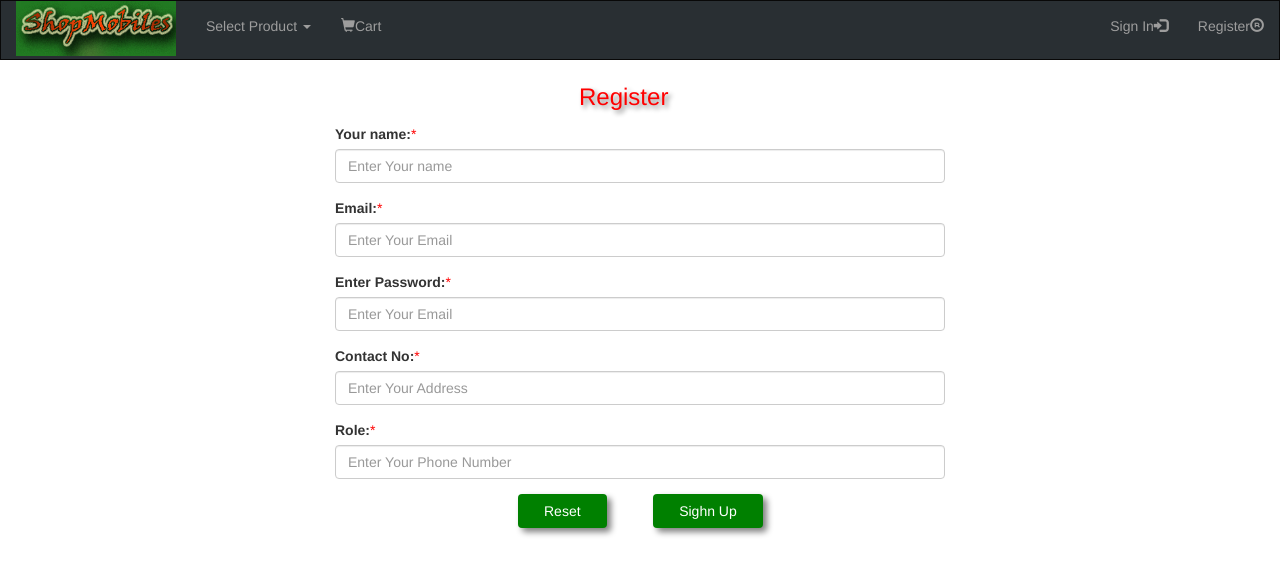
Repository: KoustabhBiswas/Final-Ecommerce-Project
Page: http://localhost/ecommerce1/WEB-INF/views/register.jsp
The author's editor kept a copy of each file at every save. The page is drawn from the files as they stood at one save, then again after the next save.
The browser window is 1280 px wide. The pictures show the whole page.
Some web libraries are served in a nearby version. The page is served by Tomcat 9. Nobody is signed in. Other server files are loaded and not shown. The template is opened directly, without the code that normally fills it, so the values that code supplies are empty.

Above is the page before, as saved 2017-09-23 13:38:31.

### Final Ecommerce Project/Ecommerce_Project-master/project/ecommerce1/src/main/webapp/WEB-INF/views/register.jsp
<%@ page language="java" contentType="text/html; charset=ISO-8859-1"
    pageEncoding="ISO-8859-1"%>
    <%@ taglib uri="http://www.springframework.org/tags/form" prefix="form" %>
<!DOCTYPE html PUBLIC "-//W3C//DTD HTML 4.01 Transitional//EN" "http://www.w3.org/TR/html4/loose.dtd">
<html>
<head>
<meta http-equiv="Content-Type" content="text/html; charset=ISO-8859-1">
<title>Insert title here</title>
<link rel="stylesheet"
	href="https://cdnjs.cloudflare.com/ajax/libs/font-awesome/4.7.0/css/font-awesome.min.css">

<link rel="stylesheet"
	href="https://maxcdn.bootstrapcdn.com/bootstrap/3.3.7/css/bootstrap.min.css">
<script
	src="https://ajax.googleapis.com/ajax/libs/jquery/3.2.1/jquery.min.js"></script>
<script
	src="https://maxcdn.bootstrapcdn.com/bootstrap/3.3.7/js/bootstrap.min.js"></script>
<style>
.btn{
	box-shadow:4px 4px 6px grey;
	margin-right: 10%;
	padding-right: 25px;
	padding-left: 25px;
	background-color: green;
	color: white;
}
.btn:hover{
	box-shadow:2px 2px 4px grey;
	background-color: blue;
}
</style>
</head>
<body>
<div class="container-fluid">
	<%@ include file="shared/navbar.jsp" %>
	<div class="row" >

  		<div class="col-md-6" style="margin-left: 25%; ">
  				<div><p style="color: red; margin-left: 40%; font-size: 24px; text-shadow: 3px 3px 5px grey; ">Register</p></div>

  			<form:form action="userSubmit" modelAttribute="registration" method="post" class="form-group">
  				<div class="form-group">
  				<form:input type="hidden" path="userId" />
  					<form:label path="userName">Your name:</form:label><span style="color: red">*</span>
  					<form:input type="text" name="uname" path="userName" class="form-control" placeholder="Enter Your name" />
  				</div>

  				<div class="form-group">
  					<form:label path="emailId">Email:</form:label><span style="color: red">*</span>
  					<form:input type="text" path="emailId" class="form-control" placeholder="Enter Your Email" />
  				</div>
				<div class="form-group">
  					<form:label path="password">Enter Password:</form:label><span style="color: red">*</span>
  					<form:input type="password" path="password" class="form-control" placeholder="Enter Your Email" />
  				</div>

  				<div class="form-group">
  					<form:label path="contactNo">Contact No:</form:label><span style="color: red">*</span>
  					<form:input type="text" path="contactNo" class="form-control" placeholder="Enter Your Address" />
  				</div>

  				<div class="form-group">
  					<form:label path="role">Role:</form:label><span style="color: red">*</span>
  					<form:input type="text" path="role" class="form-control" placeholder="Enter Your Phone Number" />
  				</div>



  				<div style="margin-left: 30% ">
  					<input type="reset" value="Reset" class="btn" style="">

  					<input type="submit" value="Sighn Up" class="btn" style="  padding-right: 25px; padding-left: 25px;">
  				</div>

  			</form:form>

  		</div>

  	</div>
  	</div>
</body>
</html>

### Final Ecommerce Project/Ecommerce_Project-master/project/ecommerce1/src/main/webapp/WEB-INF/views/shared/navbar.jsp
<%@ page language="java" contentType="text/html; charset=ISO-8859-1"
	pageEncoding="ISO-8859-1" isELIgnored="false"%>
<%@ taglib uri="http://www.springframework.org/security/tags"
	prefix="sec"%>
<%@ taglib uri="http://java.sun.com/jsp/jstl/core" prefix="c"%>

<%@ page
	import="java.security.*, java.util.* , javax.servlet.http.HttpServletRequest"%>
	<script src="https://ajax.googleapis.com/ajax/libs/jquery/3.2.1/jquery.min.js" ></script>

<style>
nav {
	background-color: #1b6d85;
}
#dropdown{
	width:140px;
	background-color: #F8F8F8;
	z-index: 1;
	list-style:none;
	margin-top: -8%;
	margin-left:12%;
	 color:black;
}
</style>
<script type="text/javascript">
	$(document).ready(function(){
		$("#dropdownbtn").click(function(){
			$("#dropdown1").toggle(1000);
		});

	});
</script>


<div class="row" style="border-bottom-style: none;">
	<nav class="navbar navbar-inverse"
		style="background-color:#292F33; border-radius: 0px; color: white; height: 60px">
		<div class="container-fluid">
			<div class="navbar-header">
				<a class="navbar-brand" href="${pageContext.request.contextPath}"
					style="height: 59px"><img
					src="<c:url value="/resources/images/final.jpg" />" height=55px
					width=160px style="margin-top: -9.5%"></a>
			</div>
			<ul class="nav navbar-nav">

				<li class="dropdown"><a class="dropdown-toggle"
					data-toggle="dropdown" href="#">Select Product <span
						class="caret"></span></a>
					<ul class="dropdown-menu">
						<li><a href="${pageContext.request.contextPath}/samsung">Samsung</a></li>
						<li><a href="${pageContext.request.contextPath}/nokia">Nokia</a></li>
						<li><a href="#">HTC</a></li>
					</ul></li>

				<li id="dropdownbtn"><a href="/ecommerce1/user/view/cart"><span
						class="glyphicon glyphicon-shopping-cart"></span>Cart</a></li>

			</ul>
			<ul class="nav navbar-nav navbar-right">
				<sec:authorize access="hasAuthority('Admin')">
					<li class="dropdown"><a class="dropdown-toggle"
						data-toggle="dropdown" href="#">Admin <span class="caret"></span></a>
						<ul class="dropdown-menu">
							<li><a href="admin/product">Product</a></li>
							<li ><a href="admin/supplier">Supplier</a></li>

						</ul></li>
				</sec:authorize>
				<sec:authorize access="isAnonymous()">
					<li><a href="login">Sign In<span
							class="glyphicon glyphicon-log-in"></span></a></li>
				</sec:authorize>
				<sec:authorize access="isAuthenticated()">
					<li id=""><a href="/ecommerce1/logout"> <%
 	Principal principal = request.getUserPrincipal();
 		if (principal != null) {
 			principal.getName();
 			out.println(principal.getName());
 		}
 %>
					</a><ul id="dropdown1" style="display:none;">
						<li style="margin-left:-23%;">Your Orders</li>
						<li style="margin-left:-23%;">Your Account</li>
						<li style="margin-left:-23%; border-top:1px solid;">Log Out</li>

					</ul></li>
				</sec:authorize>
				<li><a href="registerpage">Register<span
						class="glyphicon glyphicon-registration-mark"></span></a></li>
			</ul>
		</div>

	</nav>
</div>

After the next save:
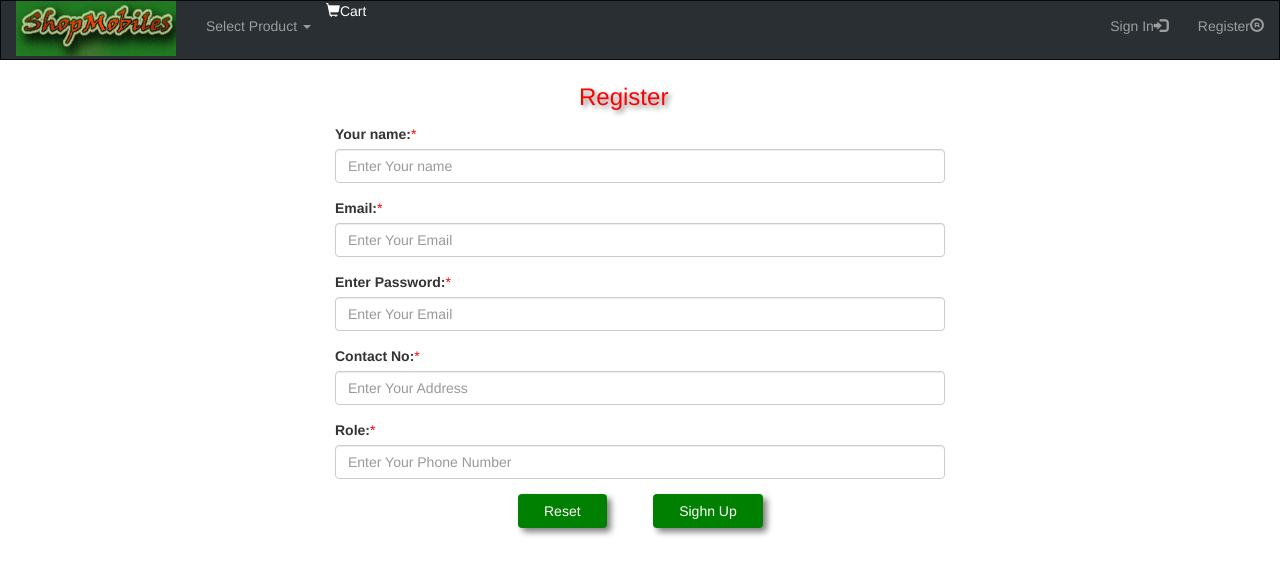
Saved 16 s later.
--- a/Final Ecommerce Project/Ecommerce_Project-master/project/ecommerce1/src/main/webapp/WEB-INF/views/shared/navbar.jsp
+++ b/Final Ecommerce Project/Ecommerce_Project-master/project/ecommerce1/src/main/webapp/WEB-INF/views/shared/navbar.jsp
@@ -53,8 +53,8 @@ nav {
 						<li><a href="#">HTC</a></li>
 					</ul></li>
 
-				<li id="dropdownbtn"><a href="/ecommerce1/user/view/cart"><span
-						class="glyphicon glyphicon-shopping-cart"></span>Cart</a></li>
+				<li id="dropdownbtn"><!-- <a href="/ecommerce1/user/view/cart"> --><span
+						class="glyphicon glyphicon-shopping-cart"></span>Cart<!-- </a> --></li>
 
 			</ul>
 			<ul class="nav navbar-nav navbar-right">
